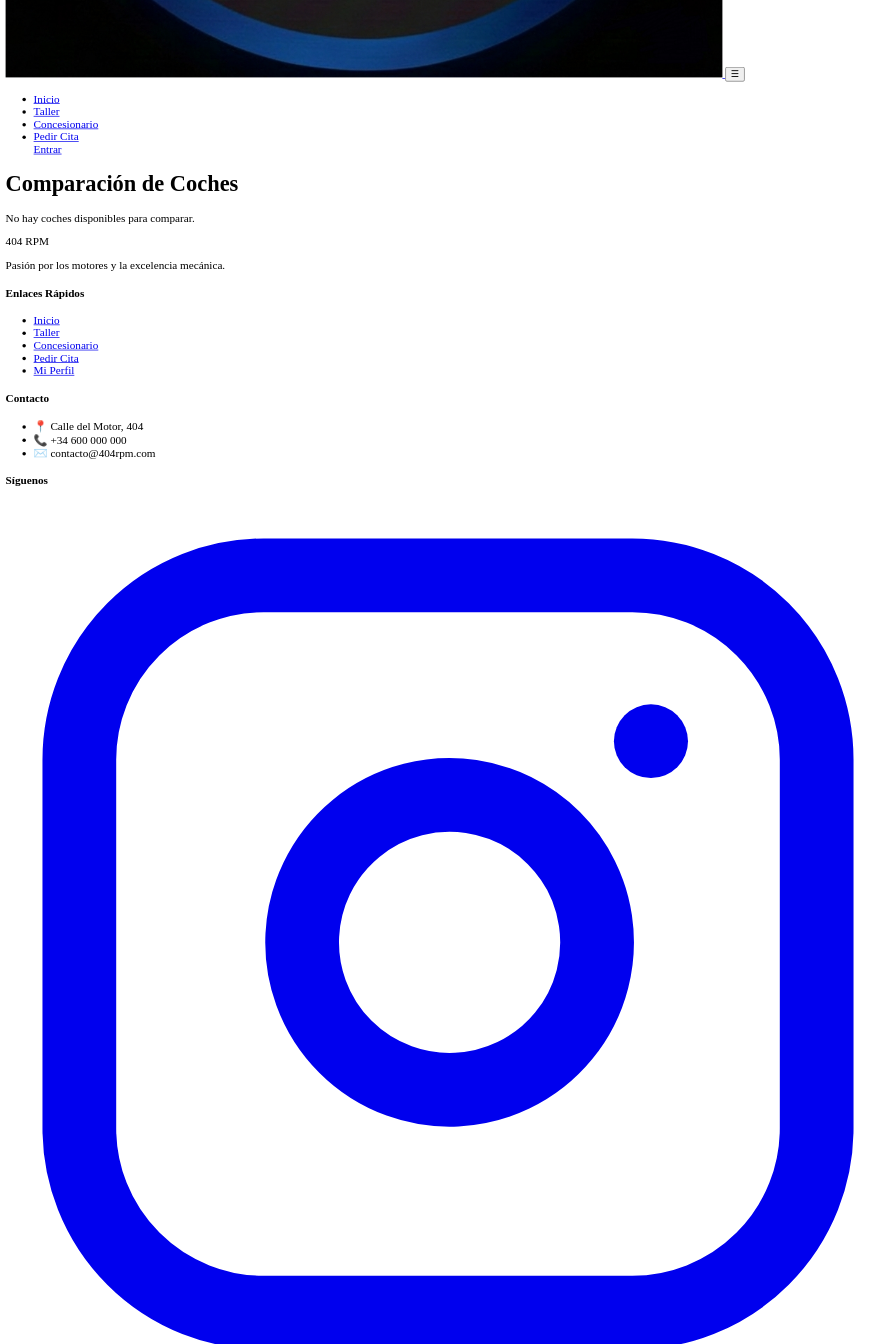
Repository: ikcpt/404-rpm
Page: http://localhost/comparacion
The author's editor kept a copy of each file at every save. The page is drawn from the files as they stood at one save, then again after a run of saves.
The browser window is 1280 px wide. The pictures show the part of the page from y = 922 to 2842 px (the page is 5492 px tall before and 5560 px after), at 70% of full size.
The page is served by the project's Laravel application, run on PHP 8.4 with Laravel 12. Queries for data that is not in the repository find no rows.

Above is the page before, as saved 2026-02-05 10:59:29.

After the next 2 saves:
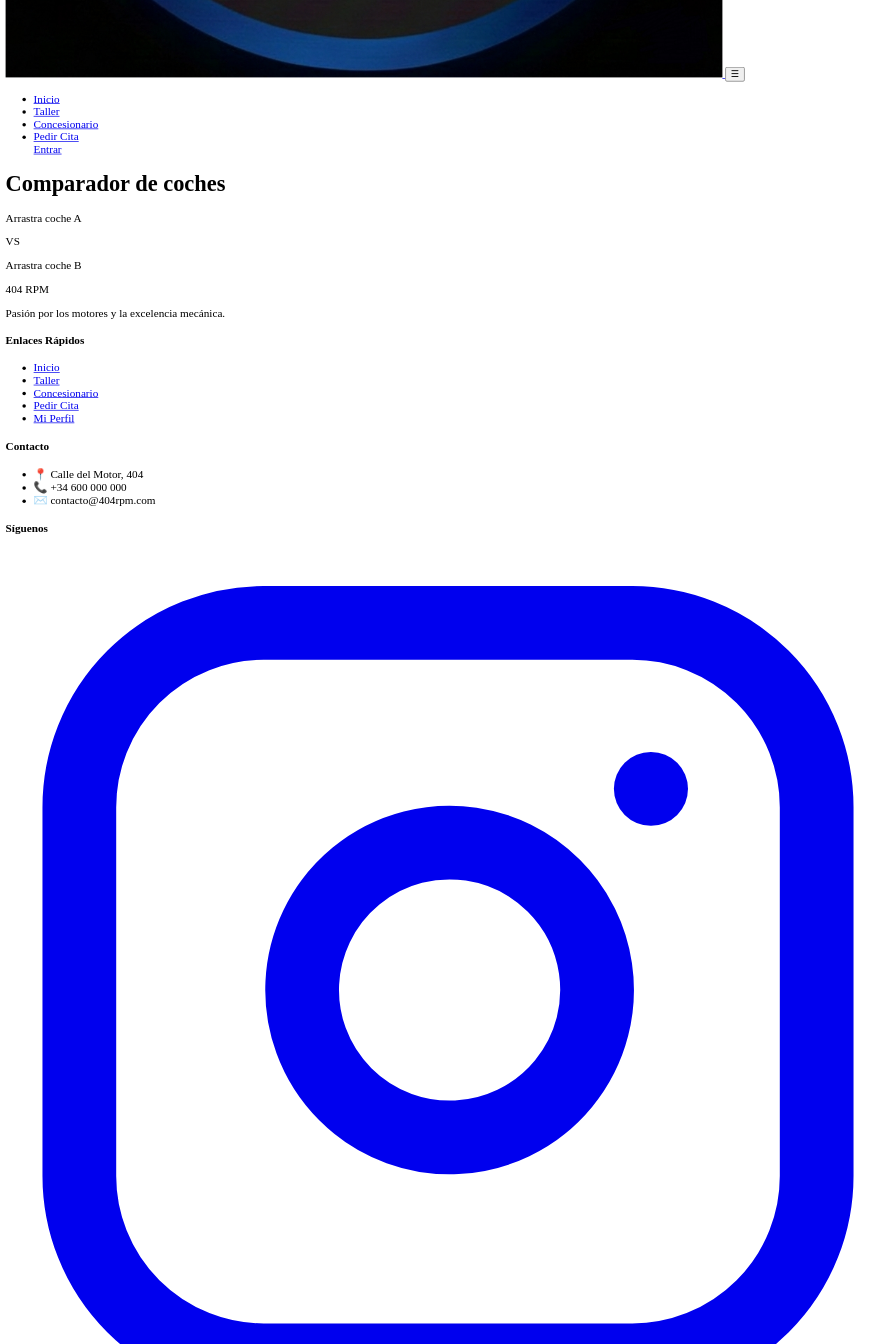
The 2 saves are shown as one change because 1 did not build or start.
The last was saved 17 s later.
--- a/dev/backend/src/resources/views/comparacion.blade.php
+++ b/dev/backend/src/resources/views/comparacion.blade.php
@@ -1,90 +1,46 @@
 @extends('layouts.layout')
 
-@section('title', 'Comparación de Coches')
+@section('content')
 
-@section('content')
-<div class="comparador-container">
-    <h1>Comparación de Coches</h1>
+<div class="comparador">
 
-    @if($coches->count() > 0)
-    <table class="tabla-comparacion">
-        <thead>
-            <tr>
-                <th>Especificación</th>
-                @foreach($coches as $car)
-                <th>{{ $car->model }}</th>
-                @endforeach
-            </tr>
-        </thead>
-        <tbody>
-            <tr>
-                <td>Marca</td>
-                @foreach($coches as $car)
-                <td>{{ $car->brand->name }}</td>
-                @endforeach
-            </tr>
-            <tr>
-                <td>Potencia (HP)</td>
-                @foreach($coches as $car)
-                <td>{{ $car->hp }}</td>
-                @endforeach
-            </tr>
-            <tr>
-                <td>Par (Nm)</td>
-                @foreach($coches as $car)
-                <td>{{ $car->torque }}</td>
-                @endforeach
-            </tr>
-            <tr>
-                <td>Año</td>
-                @foreach($coches as $car)
-                <td>{{ $car->year }}</td>
-                @endforeach
-            </tr>
-            <tr>
-                <td>Kilómetros</td>
-                @foreach($coches as $car)
-                <td>{{ $car->km }}</td>
-                @endforeach
-            </tr>
-            <tr>
-                <td>Motor</td>
-                @foreach($coches as $car)
-                <td>{{ $car->engine_size }}</td>
-                @endforeach
-            </tr>
-            <tr>
-                <td>Transmisión</td>
-                @foreach($coches as $car)
-                <td>{{ $car->transmission }}</td>
-                @endforeach
-            </tr>
-            <tr>
-                <td>Combustible</td>
-                @foreach($coches as $car)
-                <td>{{ $car->fuel }}</td>
-                @endforeach
-            </tr>
-            <tr>
-                <td>Extras</td>
-                @foreach($coches as $car)
-                <td>
-                    @foreach($car->extras as $extra)
-                        {{ $extra->name }}@if(!$loop->last), @endif
-                    @endforeach
-                </td>
-                @endforeach
-            </tr>
-            <tr>
-                <td>Precio (€)</td>
-                @foreach($coches as $car)
-                <td>{{ number_format($car->price, 0, ',', '.') }}</td>
-                @endforeach
-            </tr>
-        </tbody>
-    </table>
-    @else
-        <p>No hay coches disponibles para comparar.</p>
-    @endif
+    <h1 class="titulo">Comparador de coches</h1>
+
+    <!-- Sección de coches disponibles -->
+    <section class="garage">
+        @foreach($coches as $coche)
+            <div
+                class="car-card"
+                draggable="true"
+                data-id="{{ $coche->id }}"
+            >
+                <img src="{{ $coche->image }}">
+                <span>{{ $coche->model }}</span>
+            </div>
+        @endforeach
+    </section>
+
+    <!-- Zona de comparación -->
+    <section class="zona-comparacion">
+
+        <div class="drop-slot" id="slotA">
+            <p>Arrastra coche A</p>
+            <div class="specs"></div>
+        </div>
+
+        <div class="vs">VS</div>
+
+        <div class="drop-slot" id="slotB">
+            <p>Arrastra coche B</p>
+            <div class="specs"></div>
+        </div>
+
+    </section>
+
 </div>
+
+<!-- Cargamos CSS y JS desde tu carpeta frontend -->
+<link rel="stylesheet" href="/css/comparacion.css">
+<script src="/js/comparacion.js"></script>
+
 @endsection
